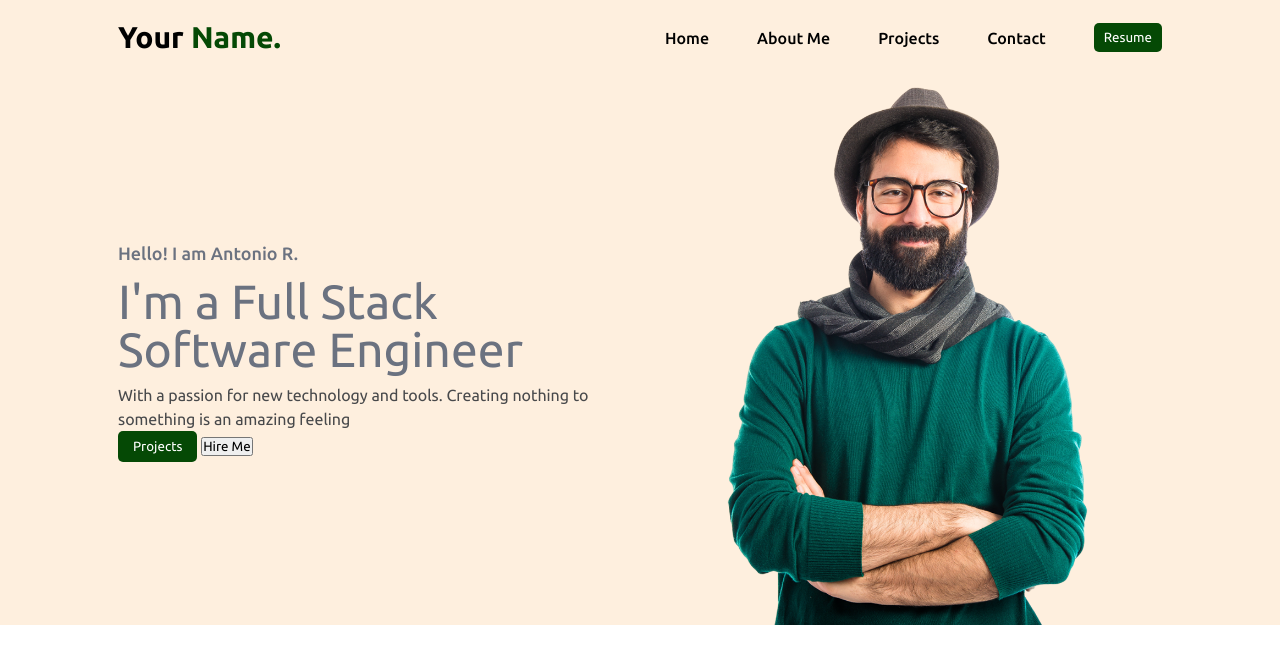
Repository: DevAntonioRogers/vanilla-portfolio
Page: index.html
The author's editor kept a copy of each file at every save. The page is drawn from the files as they stood at one save, then again after the next save.
The browser window is 1280 px wide. The pictures show the whole page.

Above is the page before, as saved 2023-07-14 22:20:28.

### index.html
<!DOCTYPE html>
<html lang="en">
  <head>
    <meta charset="UTF-8" />
    <meta name="viewport" content="width=device-width, initial-scale=1.0" />
    <link rel="stylesheet" href="style.css" />
    <title>Antonio Rogers</title>
  </head>
  <body>
    <nav>
      <div class="container navbar">
        <a href="/" aria-label="Home">
          <h1>Your <span>Name.</span></h1></a
        >
        <ul>
          <li>
            <a href="/" aria-label="Home">Home</a>
          </li>
          <li>
            <a href="/" aria-label="About Me">About Me</a>
          </li>
          <li>
            <a href="/" aria-label="Projects">Projects</a>
          </li>
          <li>
            <a href="/" aria-label="Contact">Contact</a>
          </li>
          <li>
            <a href="/resume.pdf" download aria-label="Download Resume">
              <button class="navbar-button">Resume</button>
            </a>
          </li>
        </ul>
      </div>
    </nav>

    <section class="hero">
      <div class="container hero-container">
        <div class="hero-info">
          <h4>Hello! I am Antonio R.</h4>
          <h1>I'm a Full Stack Software Engineer</h1>
          <p>With a passion for new technology and tools. Creating nothing to something is an amazing feeling</p>

          <div class="hero-btn-container">
            <button>Projects</button>
            <button>Hire Me</button>
          </div>
        </div>

        <div class="hero-image-container">
          <img src="hero.png" alt="" />
        </div>
      </div>
    </section>
  </body>
</html>

### style.css
@import url("https://fonts.googleapis.com/css2?family=Ubuntu:wght@300;400;500;700&display=swap");

* {
  box-sizing: border-box;
  padding: 0;
  margin: 0;
  font-family: "Ubuntu", sans-serif;
}

a {
  text-decoration: none;
  color: inherit;
}

li {
  list-style: none;
}

.container {
  width: 89%;
  margin: auto;
  max-width: 1044px;
}

/* NAVBAR STYLING */

nav {
  background: #feefde;
  padding: 20px 0;
}

.navbar {
  display: flex;
  justify-content: space-between;
  align-items: center;
}

.navbar h1 {
  font-size: 30px;
  font-weight: 700;
}

.navbar span {
  color: rgb(5, 73, 5);
}

.navbar ul {
  display: flex;
  align-items: center;
  gap: 3rem;
}

.navbar ul li {
  font-weight: 500;
}

.navbar-button {
  background-color: rgb(5, 73, 5);
  padding: 7px 10px;
  border-radius: 5px;
  color: white;
  border: none;
}

/* HERO STYLES */

.hero {
  background-color: #feefde;
}

.hero-container {
  display: grid;
  grid-template-columns: repeat(2, minmax(0, 1fr));
  align-items: center;
  gap: 1.5rem;
}

.hero-image-container {
  display: flex;
  justify-content: center;
  align-items: center;
}

.hero-info h4 {
  font-size: 1.12rem;
  line-height: 1.75rem;
  color: #6b7280;
  font-weight: 500;
  margin-bottom: 10px;
}

.hero-info h1 {
  font-size: 3rem;
  line-height: 1;
  color: #6b7280;
  font-weight: 400;
  margin-bottom: 10px;
}

.hero-info p {
  font-size: 1rem;
  line-height: 1.5rem;
  font-weight: 400;
  color: #48494b;
}

.hero-btn-container button:nth-child(1) {
  background-color: rgb(5, 73, 5);
  color: white;
  border: none;
  padding: 8px 15px;
  border-radius: 5px;
}

.hero-container img {
  height: 550px;
  position: relative;
}

After the next save:
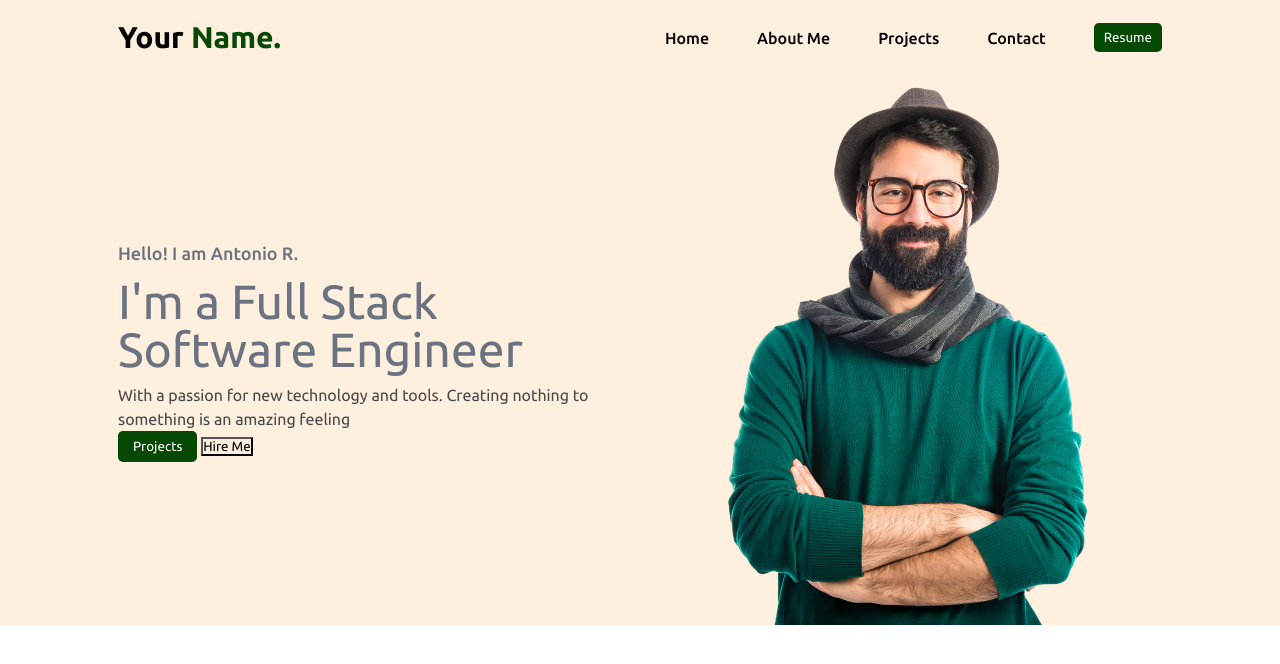
Saved 23 s later.
--- a/style.css
+++ b/style.css
@@ -112,6 +112,10 @@ nav {
   border-radius: 5px;
 }
 
+.hero-btn-container button:nth-child(2) {
+  background-color: transparent;
+}
+
 .hero-container img {
   height: 550px;
   position: relative;
